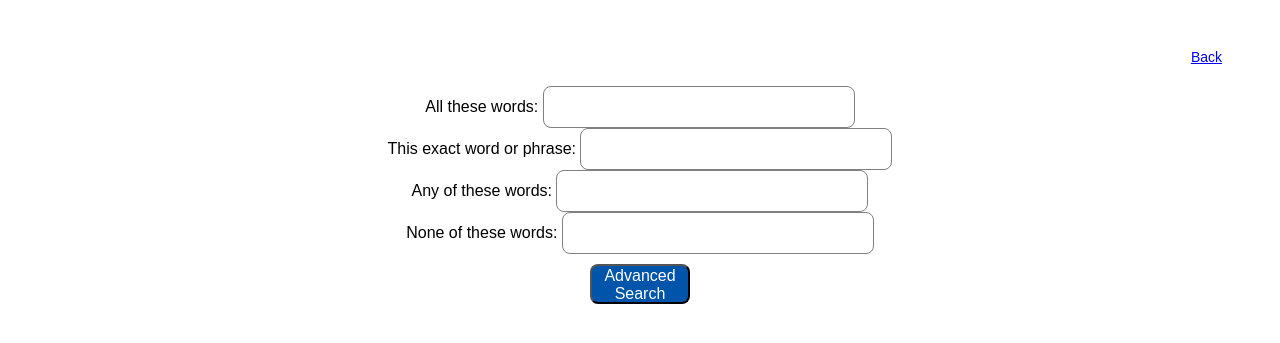
Repository: lyutok/cs50-search-project
Page: advanced.html
The author's editor kept a copy of each file at every save. The page is drawn from the files as they stood at one save, then again after the next save.
The browser window is 1280 px wide. The pictures show the whole page.
The style sheet was rebuilt from its Sass, Less or Tailwind sources for each picture, by a compiler version that may differ from the author's.

Above is the page before, as saved 2025-07-07 12:12:20.

### advanced.html
<!DOCTYPE html>
<html lang="en">
<head>
    <meta name="viewport" content="width=device-width, initial-scale=1.0" charset="UTF-8">
    <title>Advanced Search</title>
    <link rel="stylesheet" href="styles.css">
    </head>
<body>
    <div>
        <a href="google.html">Back</a>
    </div>
    <form action="https://www.google.com/search">
        <label>
            All these words:
            <input type="text" name="as_q">
        </label>
        <br>
        <label>
            This exact word or phrase:
            <input type="text" name="as_epq">
        </label>
        <br>
        <label>
            Any of these words:
            <input type="text" name="as_oq">
        </label>
        <br>
        <label>
            None of these words:
            <input type="text" name="as_eq">
        </label>
        <br>
        <button id="advanced" type="submit">Advanced Search</button>
    </form>
</body>
</html>

### styles.scss
$color: rgb(48, 177, 106);

a {
    font-size: 14px;
    padding: 10px;
}

body {
    font-family: Arial, sans-serif;
    padding: 20px;
    text-align: center;

    div {
        text-align: right;
        padding: 20px;
    }
}

input {
    width: 300px;
    height: 30px;
    border-radius: 8px;
    border: 1px solid grey;
    padding: 5px;
    font-size: 16px;
}

button {
    margin: 10px;
    border-radius: 8px;
    background-color: rgb(45, 128, 0);
    font-size: 16px;
    color: white;
    height: 40px;
    width: 100px;
}

#advanced {
  background-color: rgb(0, 85, 170);
}

button:hover {
                background-color: rgb(192, 196, 186);
            }

After the next save:
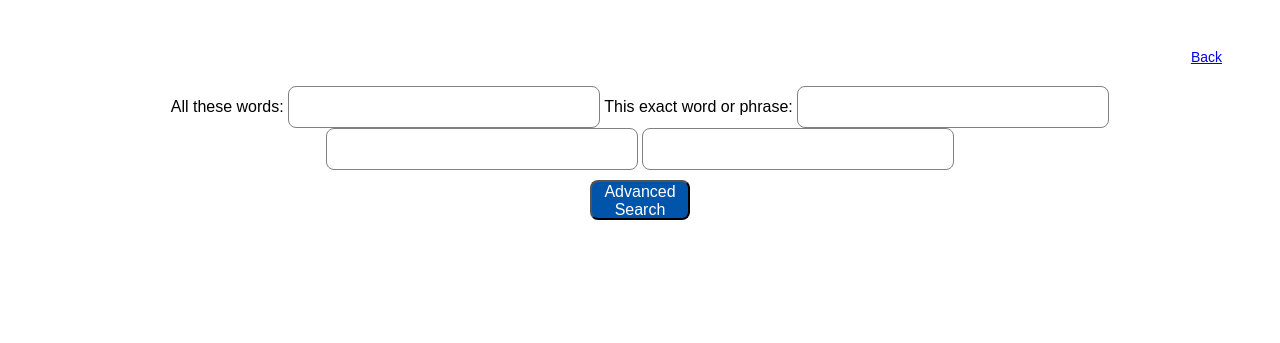
Saved 99 s later.
--- a/advanced.html
+++ b/advanced.html
@@ -10,25 +10,14 @@
         <a href="google.html">Back</a>
     </div>
     <form action="https://www.google.com/search">
-        <label>
-            All these words:
-            <input type="text" name="as_q">
-        </label>
-        <br>
-        <label>
-            This exact word or phrase:
-            <input type="text" name="as_epq">
-        </label>
-        <br>
-        <label>
-            Any of these words:
-            <input type="text" name="as_oq">
-        </label>
-        <br>
-        <label>
-            None of these words:
-            <input type="text" name="as_eq">
-        </label>
+        <label for="all-words">All these words:</label>
+        <input type="text" id="all-words" name="as_q">
+
+        <label for="exact-word">This exact word or phrase:</label>
+        <input type="text" id="exact-word" name="as_epq">
+
+        <input type="text" name="any of these words:">
+        <input type="text" name="none of these words:">
         <br>
         <button id="advanced" type="submit">Advanced Search</button>
     </form>
